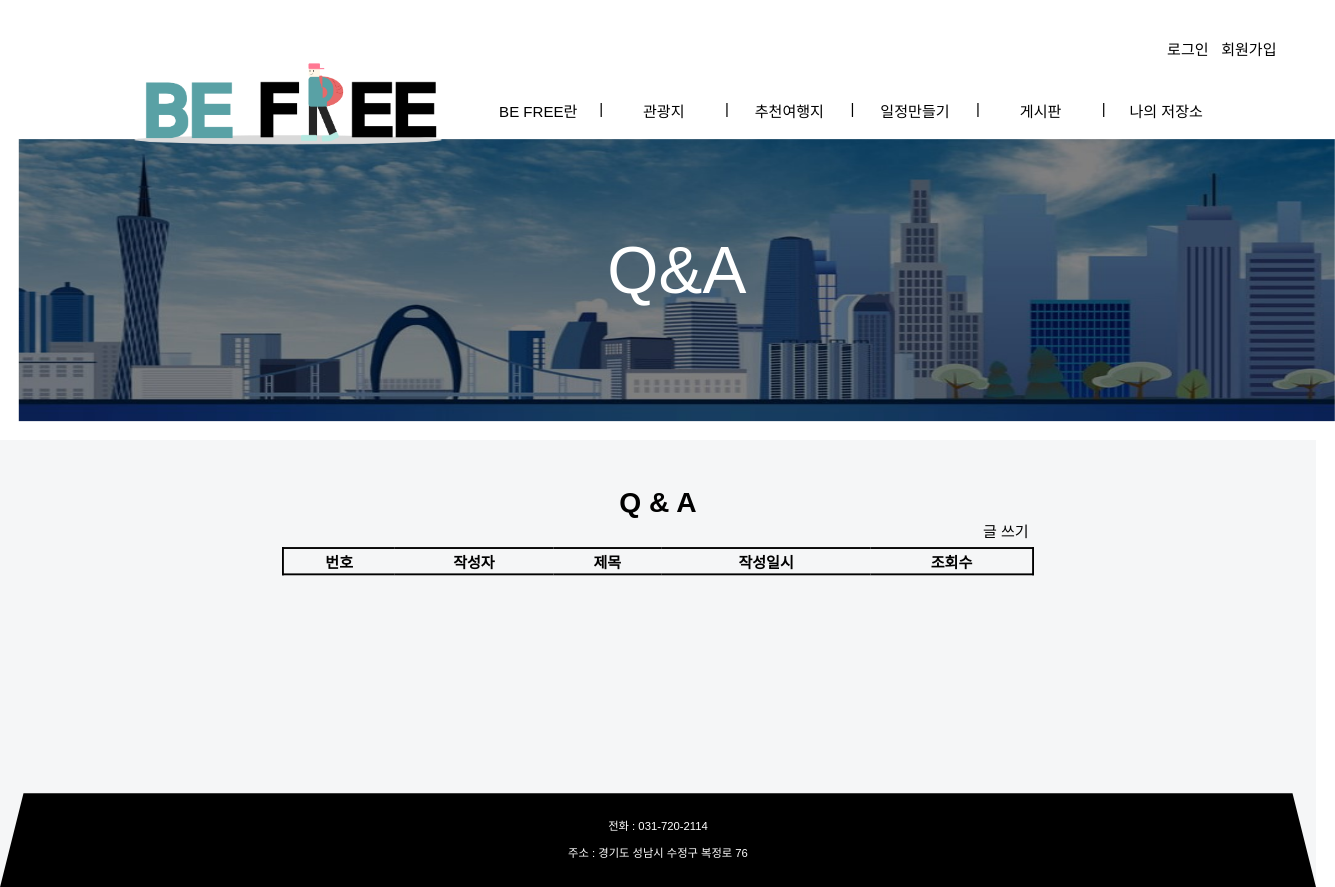
Repository: 1912087/Klavier_Piano
Page: http://localhost/notice/Q&A.jsp
An editor plug-in stored every save of this project. The page is shown before and after the next save, followed by the edit.
The browser window is 1280 px wide. The page is 1420 px wide, so the pictures cover 1420 px, including what lies to the right of the window. The pictures show the whole page, at 94% of full size.
Backgrounds fixed to the window are drawn as part of the page. Some web fonts or font styles are not loaded; a fallback is used. The page is served by Tomcat 9. Other server files are loaded and not shown. Queries for data that is not in the repository find no rows.

Above is the page before, as saved 2021-11-10 15:41:31.

### Notice/notice/WebContent/Q&A.jsp
<%@ page language="java" contentType="text/html; charset=UTF-8"
    pageEncoding="UTF-8"%>
<%@ page import="java.io.PrintWriter" %>
<%@ page import="notice.QADAO" %>
<%@ page import="notice.QA" %>
<%@ page import="java.util.ArrayList" %>
<!DOCTYPE html>
<html>
    <head>
        <meta charset="UTF-8">
        <link rel="preconnect" href="https://fonts.googleapis.com">
        <link rel="preconnect" href="https://fonts.gstatic.com" crossorigin>
        <link href="https://fonts.googleapis.com/css2?family=Gowun+Dodum&display=swap" rel="stylesheet">
        <link rel="preconnect" href="https://fonts.googleapis.com">
        <link rel="preconnect" href="https://fonts.gstatic.com" crossorigin>
        <link href="https://fonts.googleapis.com/css2?family=Black+Han+Sans&display=swap" rel="stylesheet">
    	<link href="${pageContext.request.contextPath}/css/qa_design.css" rel="stylesheet" type="text/css">
        <title>BE FREE</title>
    </head>
    <body>
        	<%
        		// 메인 페이지로 이동했을 때 세션에 값이 담겨있는지 체크
				String userID = null;
				if(session.getAttribute("userID") != null){
					userID = (String)session.getAttribute("userID");
				}
				int pageNumber = 1; //기본은 1 페이지를 할당
				// 만약 파라미터로 넘어온 오브젝트 타입 'pageNumber'가 존재한다면
				// 'int'타입으로 캐스팅을 해주고 그 값을 'pageNumber'변수에 저장한다
				if(request.getParameter("pageNumber") != null){
					pageNumber = Integer.parseInt(request.getParameter("pageNumber"));
				}
			%>
        <div class="all">
            <div class="main">
                <header>
                    <div class="name">
                    </div>
					<%
						// 로그인 하지 않았을 때 보여지는 화면
						if(userID == null){
					%>
                            <ul class="login">
                                <li><a href="login.jsp">로그인</a></li> &nbsp;
                                <li><a href="clause.jsp">회원가입</a></li>
                            </ul>
                    <%
						// 로그인이 되어 있는 상태에서 보여주는 화면
						}else{
					%>
                            <ul class="login">
                                <li><a href="logoutAction.jsp">로그아웃</a></li> &nbsp;
                                <li><a href="main.jsp">회원관리</a></li>
                            </ul>

                    <%
						}
					%>

                    <nav>
                        <div class="title_menu">
                            <a href="main.jsp"><img class="logo" src="images/BE_FREE.png"></a>
                            <ul id="main-menu">
                                <li><a href="회사소개.html">BE FREE란</a></li>
                                <li><a href="#">관광지</a></li>
                                <li><a href="#">추천여행지</a>
                                    <ul id="sub-menu">
                                        <li><a href="문의하기.html">추천여행지</a></li>
                                        <li><a href="공지사항.html">추천여행일정</a></li>
                                    </ul>
                                </li>
                                <li><a href="#">일정만들기</a></li>
                                <li><a href="#">게시판</a>
                                    <ul id="sub-menu">
                                        <li><a href="공지사항.html">공지사항</a></li>
                                        <li><a href="Q&A.jsp">Q&A</a></li>
                                    </ul>
                                </li>
                                <li><a href="#">나의 저장소</a>
                                    <ul id="sub-menu">
                                        <li><a href="나의찜목록.html">나의 찜 목록</a></li>
                                        <li><a href="나의여행일정.html">나의 여행 일정</a></li>
                                    </ul>
                                </li>
                            </ul>
                        </div>
                    </nav>
                    <div class="hd">
                        <div class="ment">
                          Q&A
                        </div>
                    </div>
                </header>
            </div>

            <div class="se">
                <section>
                    <div class="item_list">
                        <p class="QA">Q & A</p>
                            <div class="w">
                                <a href="write.jsp">글 쓰기</a>
                            </div>
                            <table>
	                            <thead>
	                                <tr><th>번호</th><th>작성자</th><th>제목</th><th>작성일시</th><th>조회수</th></tr>
	                            </thead>
	                            <tbody>
									<%
										QADAO qaDAO = new QADAO(); // 인스턴스 생성
										ArrayList<QA> list = qaDAO.getList(pageNumber);
										for(int i = 0; i < list.size(); i++){
									%>
									<tr>
										<td><%= list.get(i).getQID() %></td>
										<!-- 게시글 제목을 누르면 해당 글을 볼 수 있도록 링크를 걸어둔다 -->
										<td><a href="view.jsp?QID=<%= list.get(i).getQID() %>">
											<%= list.get(i).getUserID() %></a></td>
										<td><a href="view.jsp?QID=<%= list.get(i).getQID() %>">
											<%= list.get(i).getQTITLE().replaceAll(" ", "&nbsp;")
			                            		.replaceAll("<", "&lt;").replaceAll(">","&gt;").replaceAll("\n","<br>") %></a></td>
										<td><a href="view.jsp?QID=<%= list.get(i).getQID() %>">
											<%= list.get(i).getQDATE().substring(0, 11) + list.get(i).getQDATE().substring(11, 13) + ":"
											+ list.get(i).getQDATE().substring(14, 16) %></a></td>
										<td><a href="view.jsp?QID=<%= list.get(i).getQID() %>">
											<%= list.get(i).getQCLICK() %></a></td>

									</tr>
									<%
										}
									%>
	                            </tbody>
                            </table>

                            <!-- 페이징 처리 영역 -->
							<%
								if(pageNumber != 1){
							%>
								<a href="QA.jsp?pageNumber=<%=pageNumber - 1 %>"
									class="btn btn-success btn-arraw-left">이전</a>
							<%
								}if(qaDAO.nextPage(pageNumber + 1)){
							%>
								<a href="QA.jsp?pageNumber=<%=pageNumber + 1 %>"
									class="btn btn-success btn-arraw-left">다음</a>
							<%
								}
							%>
                        </div>
                </section>

	            <footer>
	                <p style="padding: 25px 0px 0px 0px;">전화 : 031-720-2114</p>
	                <p>주소 : 경기도 성남시 수정구 복정로 76</p>
	            </footer>
            </div>

            </div>



    </body>
</html>

### Notice/notice/src/notice/QADAO.java
package notice;

import java.sql.Connection;
import java.sql.DriverManager;
import java.sql.PreparedStatement;
import java.sql.ResultSet;
import java.util.ArrayList;

public class QADAO {
	private Connection conn;
	private ResultSet rs;

	//기본 생성자
	public QADAO() {
		try {
			String dbURL = "jdbc:mysql://localhost:3306/PARTNER?serverTimezone=Asia/Seoul&useUnicode=true&characterEncoding=utf8";
			String dbID = "befree";
			String dbPassword = "dl10743";
			Class.forName("com.mysql.cj.jdbc.Driver");
			conn = DriverManager.getConnection(dbURL, dbID, dbPassword);
		}catch (Exception e) {
			e.printStackTrace();
		}
	}

	//작성일자 메소드
	public String getDate() {
		String sql = "select now()";
		try {
			PreparedStatement pstmt = conn.prepareStatement(sql);
			rs = pstmt.executeQuery();
			if(rs.next()) {
				return rs.getString(1);
			}
		}catch (Exception e) {
			e.printStackTrace();
		}
		return ""; //데이터베이스 오류
	}

	//게시글 번호 부여 메소드
	public int getNext() {
		//현재 게시글을 내림차순으로 조회하여 가장 마지막 글의 번호를 구한다
		String sql = "select QID from QA order by QID desc";
		try {
			PreparedStatement pstmt = conn.prepareStatement(sql);
			rs = pstmt.executeQuery();
			if(rs.next()) {
				return rs.getInt(1) + 1;
			}
			return 1; //첫 번째 게시물인 경우
		}catch (Exception e) {
			e.printStackTrace();
		}
		return -1; //데이터베이스 오류
	}

	//글쓰기 메소드
	public int write(String QTITLE, String userID, String QCONTENT) {
		String sql = "insert into QA values(?, ?, ?, ?, ?, ?)";
		try {
			PreparedStatement pstmt = conn.prepareStatement(sql);
			pstmt.setInt(1, getNext());
			pstmt.setString(2, userID);
			pstmt.setString(3, QTITLE);
			pstmt.setString(4, getDate());
			pstmt.setString(5, QCONTENT);
			pstmt.setInt(6, 1); //글의 유효번호
			return pstmt.executeUpdate();
		}catch (Exception e) {
			e.printStackTrace();
		}
		return -1; //데이터베이스 오류
	}

	//게시글 리스트 메소드
	public ArrayList<QA> getList(int pageNumber){
		String sql = "select * from QA where QID < ? and QCLICK = 1 order by QID desc limit 10";
		ArrayList<QA> list = new ArrayList<QA>();
		try {
			PreparedStatement pstmt = conn.prepareStatement(sql);
			pstmt.setInt(1, getNext() - (pageNumber - 1) * 10);
			rs = pstmt.executeQuery();
			while(rs.next()) {
				QA qa = new QA();
				qa.setQID(rs.getInt(1));
				qa.setUserID(rs.getString(2));
				qa.setQTITLE(rs.getString(3));
				qa.setQDATE(rs.getString(4));
				qa.setQCONTENT(rs.getString(5));
				qa.setQCLICK(rs.getInt(6));
				list.add(qa);
			}
		}catch (Exception e) {
			e.printStackTrace();
		}
		return list;
	}

	//페이징 처리 메소드
	public boolean nextPage(int pageNumber) {
		String sql = "select * from QA where QID < ? and QCLICK = 1";
		try {
			PreparedStatement pstmt = conn.prepareStatement(sql);
			pstmt.setInt(1, getNext() - (pageNumber - 1) * 10);
			rs = pstmt.executeQuery();
			if(rs.next()) {
				return true;
			}
		}catch (Exception e) {
			e.printStackTrace();
		}
		return false;
	}

	//하나의 게시글을 보는 메소드
		public QA getQA(int QID) {
			String sql = "select * from QA where QID = ?";
			try {
				PreparedStatement pstmt = conn.prepareStatement(sql);
				pstmt.setInt(1, QID);
				rs = pstmt.executeQuery();
				if(rs.next()) {
					QA qa = new QA();
					qa.setQID(rs.getInt(1));
					qa.setUserID(rs.getString(2));
					qa.setQTITLE(rs.getString(3));
					qa.setQDATE(rs.getString(4));
					qa.setQCONTENT(rs.getString(5));
					qa.setQCLICK(rs.getInt(6));
					return qa;
				}
			}catch (Exception e) {
				e.printStackTrace();
			}
			return null;
		}

		//게시글 수정 메소드
		public int update(int QID, String QTITLE, String QCONTENT) {
			String sql = "update QA set QTITLE = ?, QCONTENT = ? where QID = ?";
			try {
				PreparedStatement pstmt = conn.prepareStatement(sql);
				pstmt.setString(1, QTITLE);
				pstmt.setString(2, QCONTENT);
				pstmt.setInt(3, QID);
				return pstmt.executeUpdate();
			}catch (Exception e) {
				e.printStackTrace();
			}
			return -1; //데이터베이스 오류
		}

		//게시글 삭제 메소드
		public int delete(int QID) {
			//실제 데이터를 삭제하는 것이 아니라 게시글 유효숫자를 '0'으로 수정한다
			String sql = "update QA set QCLICK = 0 where QID = ?";
			try {
				PreparedStatement pstmt = conn.prepareStatement(sql);
				pstmt.setInt(1, QID);
				return pstmt.executeUpdate();
			}catch (Exception e) {
				e.printStackTrace();
			}
			return -1; //데이터베이스 오류
		}


		//조회수

		public int countUpdate(int QCount, int QID) {
			String SQL = "update QA set QCLICK = QCLICK + 1 where QID = ?";
			try {
				PreparedStatement pstmt=conn.prepareStatement(SQL);
				pstmt.setInt(1, QCount);//물음표의 순서
				pstmt.setInt(2, QID);
				return pstmt.executeUpdate();//insert,delete,update
			} catch(Exception e) {
				e.printStackTrace();
			}
			return -1;//데이터베이스 오류
		}
}

### Notice/notice/WebContent/css/qa_design.css

            body { margin:0 auto; padding:20px 0 0 0; font-family: 'Gowun Dodum', sans-serif;}
            li { display: inline-block; list-style: none; }
            a { text-decoration: none; color:black;}
            header{ display: inline-block; width: 1400px; margin: 0 auto;}
            .hd {
                background-image: url('images/town_2.jpg');
                background-size:over;
                background-size:100% 100%;
                background-attachment: fixed;
                width:1400px;
                height:300px;
                background-repeat: no-repeat;
                margin-top:-20px;
            }
            .main{
                margin: 0 auto;
                padding: 20px;
                text-align: center;
            }
            .logo{
                /*margin-top: 30px;
                display: flex;
                position : relative;*/
                height: 100px;
                /*left: 7%*/
            }
            .login { margin-right: 62px; /*float: right;*/ }
            header ul{ text-align: right; }
            .p {
                height:60px;
                z-index: 1;
                width:1500px;
                margin:0;
                padding:0;
             }
             nav {
                display: flex;
                justify-content: center;
                position: relative;
                /* background: black; */
                margin: 0 auto;
                /* width: 95%; */
                /* position: absolute; */
                /* left: 10%;*/
            }
            ul, li {
                margin: 0;
                padding: 0;
                list-style: none;
                text-decoration: none;
            }

            nav > ul > li{
                width: 130px;
            }
            .se{
                background-color: white;
	            margin: 0 auto;
	            width: 1400px;
                text-align: center;
            }
            #main-menu{
                /*background: black;*/
                height: 40px;
                /* position: relative; */
                /* top: 50%; */
                justify-content: center;
                margin: 35px 0px 0px 20px;
                float: right;
                width: 810px;
            }
            #main-menu > li > a {
                /*color:white;*/
                text-align: center;
                line-height: 39px;
                padding: 0px 20px 0px 15px;
                text-shadow: 1px 1px 1px white(0, 0, 0, 0.39);
                width: 90px;
                float: right;
            }

            #main-menu > li::before{
                content: "|";
                float: right;
                display: block;
                margin-top: 7.7px;
            }
            #main-menu > li:last-child::before{
                content: "";
            }
            #main-menu > li> .logo{
                width: 120px;
            }

            #sub-menu {
                width:120px;
                position: absolute;
                opacity: 0;
                visibility: hidden;
                background-color: rgba(255, 255, 255, 0.801);
                border-top: 2px solid gold;
                text-align: center;
                top: 74px;
            }

            #sub-menu > li {
                display: block;
                font-size:13px;
                padding: 10px 10px;
            }

            #main-menu > li:hover #sub-menu {
                z-index: 1;
                opacity: 1;
                visibility: visible;
            }
            #sub-menu > li > a:hover { text-decoration:underline; color:gray; }
            .event ul li { list-style: none; display: inline-block; }
            section div img { width: 100%; }
            .ment {
                margin :0 auto;
                float:left;
                width:100%;
                font-size:100px;
                text-align: center;
                margin-top:100px;
                color:rgb(255, 255, 255);
                font-size: 70px;
            }
            section{width:1400px;margin:0 auto; padding-top:50px; padding-bottom: 50px;}
            .a1{ text-align: center; font-weight: bold; font-size:30px;}
           /*.a2{background-color:gray; color:white; border-bottom: 2px solid black; padding:5px; margin-top:10px;}*/
            footer{
                clear:both;
                margin:0;
                /*background-color: rgb(22, 20, 20);*/
                color:white;
                text-align: center;
                /*padding:15px;*/
                font-size: 12px;
                position: relative;
                width: 1350px;
                bottom: 0;
                left: 0;
                border-bottom: 100px solid black;
				border-right: 25px solid transparent;
				border-left: 25px solid transparent;
				height: 0px;
            }
            .wrap {position: absolute;left: 0;bottom: 40px;width: 288px;height: 132px;margin-left: -144px;text-align: left;overflow: hidden;font-size: 12px;font-family: 'Malgun Gothic', dotum, '돋움', sans-serif;line-height: 1.5;}
            .wrap * {padding: 0;margin: 0;}
            .wrap .info {width: 286px;height: 120px;border-radius: 5px;border-bottom: 2px solid #ccc;border-right: 1px solid #ccc;overflow: hidden;background: #fff;}
            .wrap .info:nth-child(1) {border: 0;box-shadow: 0px 1px 2px #888;}
            .info .title {padding: 5px 0 0 10px;height: 30px;background: rgb(17, 38, 141);border-bottom: 1px solid #ddd;font-size: 18px;font-weight: bold; color: #fff;}
            .info .close {position: absolute;top: 10px;right: 10px;color: rgb(255, 255, 255);width: 17px;height: 17px;background: url('https://t1.daumcdn.net/localimg/localimages/07/mapapidoc/overlay_close.png');}
            .info .close:hover {cursor: pointer;}
            .info .body {position: relative;overflow: hidden;}
            .info .desc {position: relative;margin: 13px 0 0 90px;height: 75px;}
            .desc .ellipsis {overflow: hidden;text-overflow: ellipsis;white-space: nowrap;}
            .desc .jibun {font-size: 11px;color: #888;margin-top: -2px;}
            .info .img {position: absolute;top: 6px;left: 5px;width: 73px;height: 71px;border: 1px solid #ddd;color: #888;overflow: hidden;}
            .info:after {content: '';position: absolute;margin-left: -12px;left: 50%;bottom: 0;width: 22px;height: 12px;background: url('https://t1.daumcdn.net/localimg/localimages/07/mapapidoc/vertex_white.png')}
            .info .link {color: #5085BB;}
            .item_list{
                text-align: center;
                width: 940px;
                margin: 0 auto;
            }
            .recommend_plan{
                display: inline-block;
                /*text-align: center;*/
                margin: 0px;
            }
            .item_section{
                float: left;
                /*width: 300px;
                box-shadow: 5px 5px 5px gray;
                border: 1px solid rgb(184, 184, 184);
                border-radius: 5px;*/
                margin: 10px;
            }
            .item_btm_like{
                text-align: right;
                padding: 10px 20px 10px 10px;
                border-top: 1px solid rgb(184, 184, 184);
            }
            .item_title{
                font-size: 20px;
                margin: 0px 0px 0px 0px;
            }
            .item_plan{
                margin: 0px 0px 16px 0px;
                clear: left;
                text-align: left;
            }
            .item_img{
                margin: 20px;
                width: 200px;
            }

            .item_list2{
                width: 1400px;
                text-align: center;
                margin-top: 70px;
            }
            .table_travle{
                margin-left: auto;
                margin-right: auto;
            }
            .travle{
                /*border: 1px solid gray;*/
                padding-right: 60px;
            }
            .item_section2{
                float: left;
                /*width: 240px;*/
                /*box-shadow: 5px 5px 5px gray;*/
                border: 1px solid rgb(184, 184, 184);
                border-radius: 5px;
                margin: 10px;
            }
            .item_section3{
                float: left;
                /*width: 240px;*/
                /*box-shadow: 5px 5px 5px gray;
                border: 1px solid rgb(184, 184, 184);
                border-radius: 5px;*/
                margin: 10px;
            }
            .item_title2{
                margin: 0px 0px 20px 0px;
                font-size: 20px;
            }
            .item_btm_like2{
                text-align: right;
                padding: 10px 20px 10px 10px;
                border-top: 1px solid rgb(184, 184, 184);
            }
            .hash{
                /*width: 250px;*/
                padding: 20px;
                /*border: 1px solid rgb(240, 240, 240);
                border-radius: 150px;
                background-color: rgb(240, 240, 240);*/
            }
            .item_top_jeju{
                margin-top: 45px;
            }
            .item_title{
                font-size: 40px;
                font-weight: bold;
                font-family: 'Black Han Sans', sans-serif;
                color: rgb(255, 255, 255);
                -webkit-text-stroke-width: 0.5px;
                -webkit-text-stroke-color: rgb(0, 0, 0);
                float: left;
            }
            .item_sub{
                font-size: 40px;
                font-family: 'Black Han Sans', sans-serif;
                color: black;
                -webkit-text-stroke-width: 0px;
                margin: 0px 0px 0px 12px;
                float: left;
            }
            .back{
                background: linear-gradient(to right, #0052d4,#4364f7,#6fb1fc);
                height: 44px;
                padding: 5px;
            }
            .logo_img{
                width: 390px;
                padding: 74px 10px 74px 10px;
            }
            .site_logo{
                font-size: 40px;
                font-family: 'Black Han Sans', sans-serif;
                /*background: linear-gradient(to right top, #0052d4,#4364f7,#6fb1fc);
                color: transparent;
                -webkit-background-clip: text;
                -webkit-text-stroke-width: 0px;*/
                color: black;
                margin: 0px 0px 0px 0px;
            }
            .object_logo{
                font-size: 40px;
                font-family: 'Black Han Sans', sans-serif;
                /*background: linear-gradient(to right top, #0052d4,#4364f7,#6fb1fc);
                color: transparent;
                -webkit-background-clip: text;
                -webkit-text-stroke-width: 0px;*/
                color: black;
                margin: 0px 0px 0px 0px;
            }
            .logo_img3{
                width: 350px;
            }
            .item_list3{
                width: 1400px;
                text-align: center;
                margin-top: 70px;
            }
            .table_site{
                margin-left: auto;
                margin-right: auto;
            }
            .a2{
                font-size: 40px;
                font-family: 'Black Han Sans', sans-serif;
                /*background: linear-gradient(to right top, #0052d4,#4364f7,#6fb1fc);
                color: transparent;
                -webkit-background-clip: text;
                -webkit-text-stroke-width: 0px;*/
                color: black;
                margin: 0px 0px 0px 0px;
            }
            table{
                margin:0 auto;
                width:800px;
                height:200px;
                border:2px solid black;
                border-collapse:collapse;
                text-align: center;

            }
            tr td{
                height:15px;
                border-bottom:1px solid black;

            }
            th{
                border-bottom:1px solid black;
                height:15px;
            }
            td a:hover{color:gray; text-decoration:underline;}

            .QA{
                font-size: 30px;
                font-weight: bold;
                margin: 0 0 30px 0;
            }
            .w{
                width:60px;
                height:20px;
                float:right;
                margin:-30px 70px 10px 0;
                text-align: center;
            }
            .w:hover a{color:rgb(0, 5, 54); text-decoration: underline;}
            .w:hover{transform:scale(1.1); }
            .se{background-color: #f5f6f7;}

After the next save:
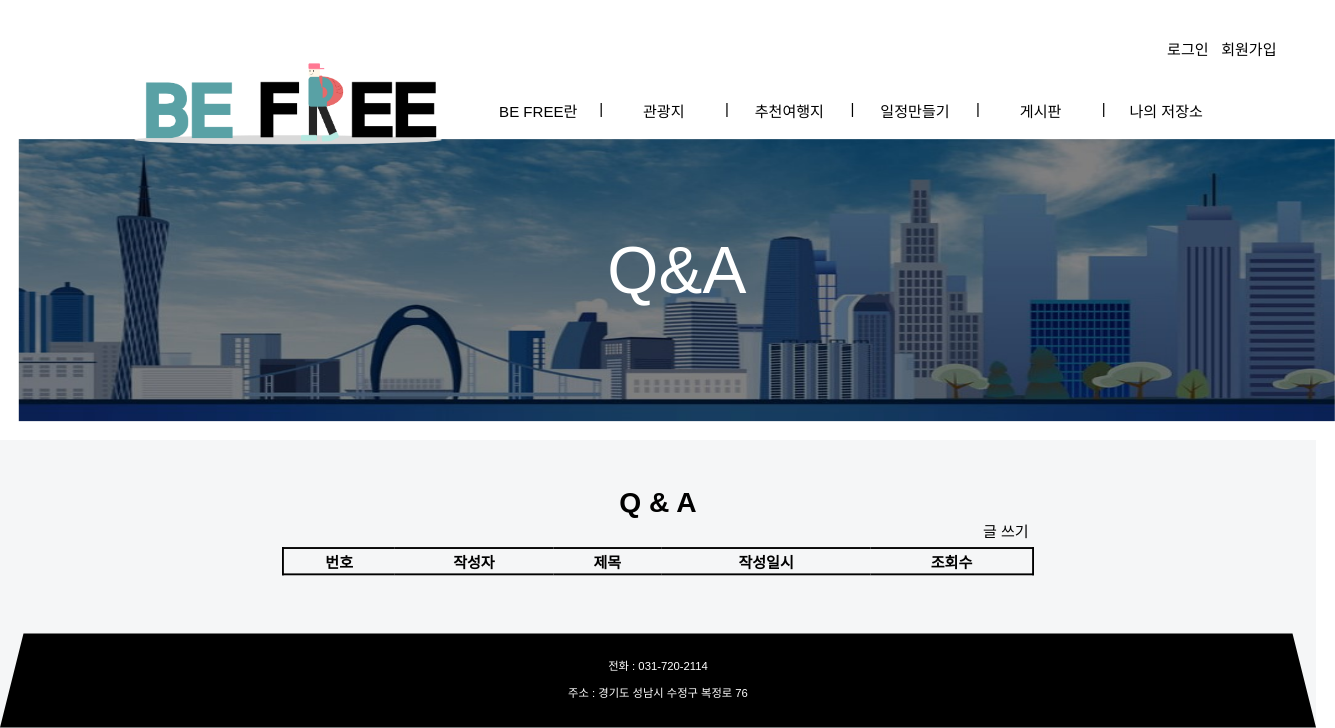
Saved 10 min 31 s later.
--- a/Notice/notice/WebContent/css/qa_design.css
+++ b/Notice/notice/WebContent/css/qa_design.css
@@ -318,7 +318,6 @@
             table{
                 margin:0 auto;
                 width:800px;
-                height:200px;
                 border:2px solid black;
                 border-collapse:collapse;
                 text-align: center;
